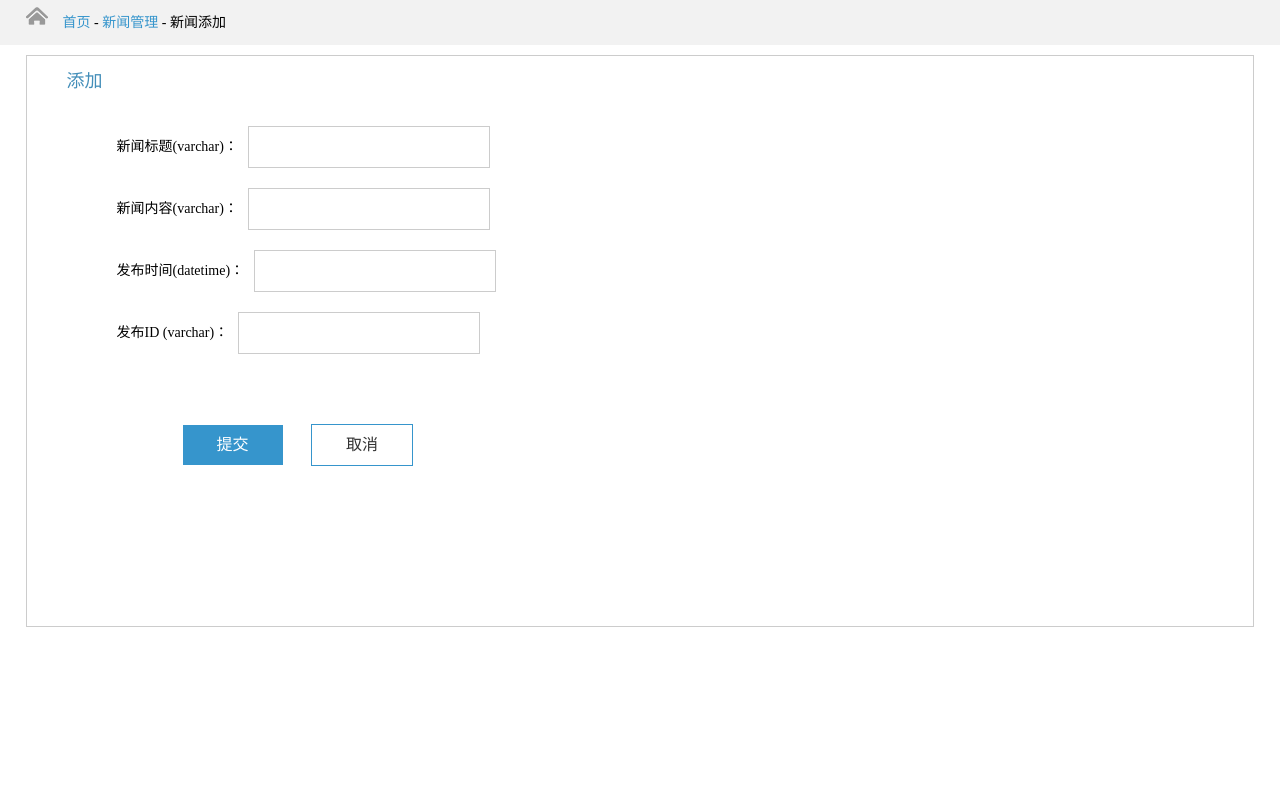
Repository: liaojingrui01/CarRepair
Page: http://localhost/CarWebPro/backstage/newsadd.jsp
These files come from the project's save history. The page is drawn as it stood at one moment and after the next save; the edit follows.
The browser window is 1280 px wide. The pictures show the whole page.
The page is served by Tomcat 9. Other server files are loaded and not shown.

Above is the page before, as saved 2019-07-04 01:54:41.

### CarWebPro/WebContent/backstage/newsadd.jsp
<%@ page language="java" contentType="text/html; charset=utf-8"
    pageEncoding="utf-8"%>
<!DOCTYPE html PUBLIC "-//W3C//DTD XHTML 1.0 Transitional//EN" "http://www.w3.org/TR/xhtml1/DTD/xhtml1-transitional.dtd">
<html xmlns="http://www.w3.org/1999/xhtml">
<head>
<meta http-equiv="Content-Type" content="text/html; charset=utf-8" />
<title>配件添加</title>
<link rel="stylesheet" type="text/css" href="./css/css.css" />
<script type="text/javascript" src="./js/jquery.min.js"></script>
</head>
<body>
	<div id="pageAll">
		<div class="pageTop">
			<div class="page">
				<img src="/CarWebPro/backstage/img/coin02.png" /><span><a href="/CarWebPro/backstage/index.jsp" target="index">首页</a>&nbsp;-&nbsp;<a
					href="/CarWebPro/backstage/index.jsp" target="index">新闻管理</a>&nbsp;-</span>&nbsp;新闻添加
			</div>
		</div>
		<div class="page ">
			<!-- 上传广告页面样式 -->
			<div class="banneradd bor">
				<div class="baTopNo">
					<span>添加</span>
				</div>
				<div class="baBody">
      <form action="${pageContext.request.contextPath }/NewsUrl?op=newsAdd" method="post" enctype="multipart/form-data">
					<div class="bbD">
						新闻标题(varchar)：<input type="text" class="input3" name="tiltle" />
					</div>
					<div class="bbD">
						新闻内容(varchar)：<input type="text" class="input3" name="countent" />
					</div>
					<div class="bbD">
						发布时间(datetime)：<input type="text" class="input3" name="releaseTime" />
					</div>
					<div class="bbD">
						发布ID (varchar)：<input type="text" class="input3" name="staffId" />
					</div>
					<div class="bbD">
						<p class="bbDP">
							<button class="btn_ok btn_yes" type="submit">提交</button>
							<a class="btn_ok btn_no" href="${pageContext.request.contextPath }/NewsUrl?op=queryNewsInfo" target="main">取消</a>

						</p>
					</div>
				</form>
				</div>
			</div>

			<!-- 上传广告页面样式end -->
		</div>
	</div>
</body>
</html>

### CarWebPro/WebContent/backstage/css/css.css
@charset "utf-8";

* {
	padding: 0;
	margin: 0;
	font-family: "Microsoft YaHei";
	font-size: 14px;
}
#hides{display: none;}
a {
	text-decoration: none;
}

li {
	list-style-type: none;
}

/*全局定义css*/
#pageAll {
	width: 100%;
	overflow: hidden;
}

#pageAll .page {
	width: 96%;
	margin: 0px auto;
}

.pageTop {
	width: 100%;
	height: 45px;
	line-height: 45px;
	background-color: #f2f2f2;
}

.pageTop span {
	margin-left: 15px;
}

.pageTop a {
	color: #3695cc;
}

/*表格和 分页公共CSS*/
table {
	border-collapse: collapse;
}

tr {

}

td {
	text-align: center;
	border: 1px solid #dcdbdb;
}

.tdColor {
	height: 40px;
	background-color: #f2f2f2;
	color: #438eb9;
}

.tdC {
	color: #333;
}

.paging {
	width: 100%;
	margin-top: 50px;
	margin-bottom: 90px;
	text-align: right;
}
/*表格和 分页公共CSS end*/

/*广告页面CSS*/
.banner {

}

.banner .add {
	width: 100%;
	height: 120px;
}

.addA {
	display: inline-block;
	width: 160px;
	height: 35px;
	background-color: #47a4e1;
	line-height: 35px;
	text-align: center;
	color: #fff;
	margin-top: 40px;
	margin-left: 40px;
	font-size: 16px;
}
.hbHides1{display: none;}
.banner .banShow {

}

.banner .banShow .bsImg {
	margin-top: 15px;
	margin-bottom: 15px;
	width: 185px;
	height: 90px;
	overflow: hidden;
	margin-left: 66px;
}

.banner .banShow .bsImg img {
	max-width: 100%;
	max-height: 100%;
}

.banner .banShow .bsA {
	color: #333;
}

.operation {
	margin-left: 5px;
	margin-right: 5px;
	cursor: pointer;
}

.banDel {
	width: 100%;
	height: 100%;
	background-color: rgba(0, 0, 0, 0.29);
	position: fixed;
	top: 0px;
	display: none;
}

.cutMoney {
	width: 100%;
	height: 100%;
	background-color: rgba(0, 0, 0, 0.29);
	position: fixed;
	top: 0px;
	display: none;
}

.delete {
	width: 460px;
	margin: auto;
	background-color: #fff;
	text-align: center;
	position: relative;
	top: 20%;
}

.delete .close {
	height: 30px;
	text-align: right;
}

.delete .close img {
	margin-right: 5px;
	margin-top: 5px;
	cursor: pointer;
}

.banDel .delete .delP1 {
	margin-top: 40px;
	font-size: 20px;
}

.banDel .delete .delP2 {

}

.banDel .delete .delP2 .ok {
	display: inline-block;
	width: 100px;
	height: 40px;
	line-height: 40px;
	background-color: #3695cc;
	color: #fff;
	margin-top: 65px;
	margin-left: 25px;
	margin-right: 25px;
	font-size: 16px;
	cursor: pointer;
	margin-bottom: 65px;
}

.banDel .delete .delP2 .yes {
	color: #333;
	background-color: #fff;
	border: 1px solid #3695cc;
}

.banDel .delete .delP2 .no {

}
/*广告页面CSS end*/

/*广告上传编辑页面CSS*/
.bor {
	border: 1px solid #ccc;
}

.banneradd {
	margin-bottom: 160px;
	margin-top: 10px;
}

.baTopNo {
	width: 100%;
	border: none;
}

.baTopNo span {
	height: 50px;
	line-height: 50px;
	margin-left: 40px;
	font-size: 18px;
	color: #438eb9;
}

.baTop {
	width: 100%;
	border-bottom: 1px solid #ccc;
}

.baTop span {
	height: 50px;
	line-height: 50px;
	margin-left: 40px;
	font-size: 18px;
	color: #438eb9;
}

.baBody {
	margin-top: 20px;
	margin-left: 90px;
}

.bbD {
	margin-top: 20px;
}

.bbD .bbDP {

}

.bbD .bbDP .btn_ok {
	display: inline-block;
	width: 100px;
	height: 40px;
	line-height: 40px;
	background-color: #3695cc;
	color: #fff;
	margin-top: 50px;
	margin-right: 25px;
	font-size: 16px;
	cursor: pointer;
	text-align: center;
	margin-bottom: 160px;
	border: none;
}

.bbD .bbDP .btn_no {
	color: #333;
	background-color: #fff;
	border: 1px solid #3695cc;
}

.bbD .bbDP .btn_yes {
	margin-left: 66px;
}

.bbD .bbDd {
	width: 280px;
	height: 210px;
}
.bbD .selCss{
	width: 300px;
    height: 40px;
    border: 1px solid #ccc;
    text-indent: 15px;
}

.bbD .input1 {
	width: 300px;
	height: 40px;
	border: 1px solid #ccc;
	text-indent: 15px;
}

.bbD .input2 {
	width: 100px;
	height: 40px;
	border: 1px solid #ccc;
}

.bbD .input3 {
	width: 240px;
	height: 40px;
	border: 1px solid #ccc;
	text-indent: 15px;
	margin-left: 10px;
}
.bbD .UPimgD{width: 155px;height: 175px;position: relative;left: 83px;top: -20px;}
.bbD .UPimgD img.img{width: 100%;}
.bbD .UPimgD .FileD{width: 155px;height: 175px;overflow: hidden;position: absolute;top: 0px;}
.bbD .UPimgD .FileD .addFile{width: 100%;height: 100%;opacity: 0;filter: Alpha(Opacity=0);}
.bbD .bbDImg {
	width: 160px;
	height: 180px;
	background-color: #c6c6c6;
	text-align: center;
	line-height: 180px;
	font-size: 55px;
	color: #fff;
	margin-left: 72px;
	margin-top: -16px;
}

.bbD .bbDImg .Img1 {
	width: 160px;
	height: 180px;
	margin-top: -180px;
}

.bbD .file {
	width: 160px;
	height: 180px;
	position: relative;
	top: -180px;
	left: 45px;
	opacity: 0;
	filter: alpha(opacity = 0);
}

.bbD .bbDDel {
	float: right;
	margin-top: -20px;
	color: #ff0000;
}

.bbD label {
	margin-left: 15px;
	margin-right: 15px;
}

/*广告上传编辑页面CSS*/

/*意见管理页面CSS*/
.opinion {

}

.opinion .opShow {
	margin-top: 40px;
	margin-bottom: 95px;
}
/*意见管理页面CSS end*/

/*行家管理页面CSS*/
.connoisseur {

}

.conShow {
	margin-top: 30px;
}

.onsImg {
	width: 75px;
	height: 75px;
	margin-top: 25px;
	margin-left: 46px;
	overflow: hidden;
	margin-bottom: 25px;
}

.onsImg img {
	max-width: 100%;
	max-height: 100%;
}

.cfD {
	margin-top: 15px;
}

.cfD select {
	width: 200px;
	height: 30px;
	border: 1px solid #ccc;
	margin-left: 15px;
	margin-right: 45px;
	color: #999;
	text-indent: 15px;
}

.cfD .bselect {
	width: 140px;
}

.cfD label {
	margin-left: 20px;
}

.cfD .lar {
	margin-right: 45px;
}

.cfD .addUser {
	width: 220px;
	height: 30px;
	border: 1px solid #ccc;
	text-indent: 15px;
}

.cfD .button {
	margin-left: 10px;
	width: 135px;
	height: 30px;
	border: none;
	font-size: 16px;
	color: #fff;
	background-color: #47a4e1;
}

.cfD .addA1 {
	margin-top: 10px;
	margin-left: 120px;
}
/*行家管理页面CSS end*/

/*会员管理页面CSS*/
.vip {

}

.cfD .vpr {
	margin-right: 45px;
}

.cfD .vinput {
	width: 150px;
	height: 30px;
	border: 1px solid #ccc;
	text-indent: 15px;
}

.cfD .addA2 {
	margin-left: 30px;
}

.onsImgv {
	margin-left: 90px;
	margin-top: 25px;
}

.vip .vipinput {
	width: 55px;
	height: 25px;
	border: 1px solid #ccc;
	margin: 0px 10px;
}

.vip .vsAdd {
	display: inline-block;
	width: 50px;
	height: 25px;
	background-color: #2a9cdd;
	line-height: 25px;
	color: #fff;
	cursor: pointer;
	text-align: center;
}

.vip .vsAdd2 {
	background-color: white;
	color: #2a9cdd;
	border: 1px solid #2a9cdd;
	height: 23px;
	line-height: 23px;
	margin-left: 10px;
}

.bbD .vipHead {
	width: 75px;
	height: 75px;
	overflow: hidden;
	margin-top: -15px;
	margin-left: 82px;
}

.bbD .vipHead img {
	max-width: 100%;
	max-height: 100%;
}

.bbD .vipHead .vipP {
	position: relative;
	top: -17px;
	width: 100%;
	height: 15px;
	background-color: rgba(0, 0, 0, 0.25);
	color: #fff;
	text-align: center;
}

.bbD .vipHead .file1 {
	position: relative;
	top: -32px;
	width: 100%;
	height: 15px;
	background-color: rgba(0, 0, 0, 0.25);
	color: #fff;
	text-align: center;
	opacity: 0;
	filter: alpha(opacity = 0);
}

.bbD .vipHead1 {
	width: 75px;
	height: 75px;
	overflow: hidden;
	margin-top: -15px;
	margin-left: 105px;
}
.bbD .ptH{height: 40px;}

.bbD .btext2 {
	margin-top: -15px;
	margin-left: 105px;
}

.bbD .text2 {
	max-width: 670px;
	min-width: 670px;
	max-height: 120px;
	min-height: 120px;
	color: #333;
	text-indent: 15px;
}

.bbD .btext {
	margin-top: -15px;
	margin-left: 82px;
}
.bbD .text5{width: 540px;height: 110px;}

.bbD .bsp2{
    position: relative;
    top: -90px;
}
.bbD .bewm{
	width: 240px;
    height: 240px;
    border: 3px solid #807e7e;
    position: relative;
    top: -10px;
    left: 85px;
}

.bbD .bewm img{
	max-width: 100%;
}

.bbD .btext .text1 {
	max-width: 670px;
	min-width: 670px;
	max-height: 240px;
	min-height: 240px;
	color: #333;
	text-indent: 15px;
}

/*会员管理页面CSS end*/
.cfD .timeInput {
	width: 170px;
	height: 30px;
	border: 1px solid #ccc;
	text-indent: 15px;
}

/*话题管理页面CSS*/
.topic {

}

.topicP {
	margin-top: -5px;
	margin-bottom: 15px;
}

.topic .topicP .topicImg {
	margin-left: 10px;
}
/*话题管理页面CSS end*/

/*心愿管理页面 、约见管理页面CSS*/
.wishShow {
	margin-top: 30px;
}

.wishShow .wishImgv {
	margin-left: 60px;
}

.onsInmA {
	margin-left: 100px;
}

.tpapA {
	color: #333;
}

#inputSTWish {
	width: 100px;
}
/*心愿管理页面CSS、、约见管理页面CSS end*/
.cfD .userinput {
	width: 220px;
	height: 40px;
	border: 1px solid #ccc;
	text-indent: 15px;
	color: #999;
}

.cfD .userbtn {
	margin-left: 60px;
	width: 135px;
	height: 40px;
	border: none;
	font-size: 16px;
	color: #fff;
	background-color: #47a4e1;
}

/*修改密码*/
.bacen {
	margin: auto;
	width: 400px;
	margin-top: 60px;
}

.imga {
	display: none;
}

.imgb {
	display: none;
}

/*新增加弹出框样式    增加金额和减少金额   hy*/
/*.addMoney{}
.addMoney .addDivs{}
.addMoney .addDivs .addDimg{}
.addMoney .addDivs .addDimg{}*/
.addDivs .addDimg img.user {
	width: 100px;
	margin-top: 50px;
}

.addDivs .addDName {
	font-size: 16px;
	margin-top: 15px;
	color: #333;
}

.addDivs .addDps {
	margin-top: 20px;
	color: #666;
}

.addDivs .addDps input {
	height: 30px;
	border: 1px solid #ccc;
	text-indent: 10px;
}

.addDivs .addDps .come1 {
	width: 155px;
	height: 30px;
	margin-left: -5px;
	border: 1px solid #ccc;
	text-indent: 10px;
	color: #666;
}

.addDivs .addDps .come2 {
	width: 155px;
	height: 30px;
	margin-left: -5px;
	border: 1px solid #ccc;
	text-indent: 10px;
	color: #666;
}

.addDivs .addDps .area {
	border: 1px solid #ccc;
	text-indent: 10px;
	margin-left: 4px;
	width: 155px;
	min-width: 155px;
	max-width: 155px;
	height: 60px;
	min-height: 60px;
	max-height: 60px;
}

.addDivs .addDps .spanVIPs {
	position: relative;
	top: -44px;
	left: 5px;
}

.banDel .delete .delP2 .moneyAdd1 {
	background-color: #3695cc;
	color: white;
}

.banDel .delete .delP2 .moneyAdd2 {
	background-color: white;
	color: #3695cc;
	border: 1px solid #3695cc;
	height: 38px;
	line-height: 40px;
}

/*新样式修复***添加话题*/
.addHTs {
	display: inline-block;
	width: 40px;
	height: 18px;
	line-height: 18px;
	background-color: #47a4e1;
	color: white;
	padding: 4px;
	position: relative;
	top: -5px;
}


/*11.25   新地址选择页面CSS   公共样式   hy*/
.ctAlert{display: none;width: 100%;height: 100%;position: fixed;top: 0px;background-color: rgba(0, 0, 0, 0.4);}
.citys{width: 90%;margin: 0px auto;background-color: white;  margin-top: 50px;padding-bottom: 20px;}
.citys .getCtys{min-height: 50px;padding-top: 50px;padding-left: 40px;float: left;font-size: 16px;  color: #666;  width: 80%;}
.citys .closeCys{min-height: 50px;float: right;width: 120px;height: 40px;background-color: #3695cc;line-height: 50px;text-align: center;position:relative;top: 50px;right: 100px;color: white;font-size: 16px;cursor: pointer;}
.citys .cityDiv{clear: both;width: 90%;margin: 0px auto;  margin-bottom: 30px;}
.citys .cityDiv .cts{display: inline-block;width: 20px;height: 20px;font-size: 18px;color: #3695cc;}
.citys .cityDiv .ctn{display: inline-block;font-size: 16px;padding-left: 5px;padding-right: 5px;padding-bottom: 3px;cursor: pointer;color: #666;}
.citys .cityDiv .ctn:hover{color: white;background-color:#3695cc;}
/*添加进来的DIV*/
.citys .getCtys .ctn{display: inline-block;padding-left: 5px;padding-right: 5px;color: #3695cc;font-size: 16px;cursor: pointer;}
/*11.25   新地址选择页面CSS   公共样式   hy    end  */

Loaded but not shown: CarWebPro/WebContent/backstage/js/jquery.min.js (library)

After the next save:
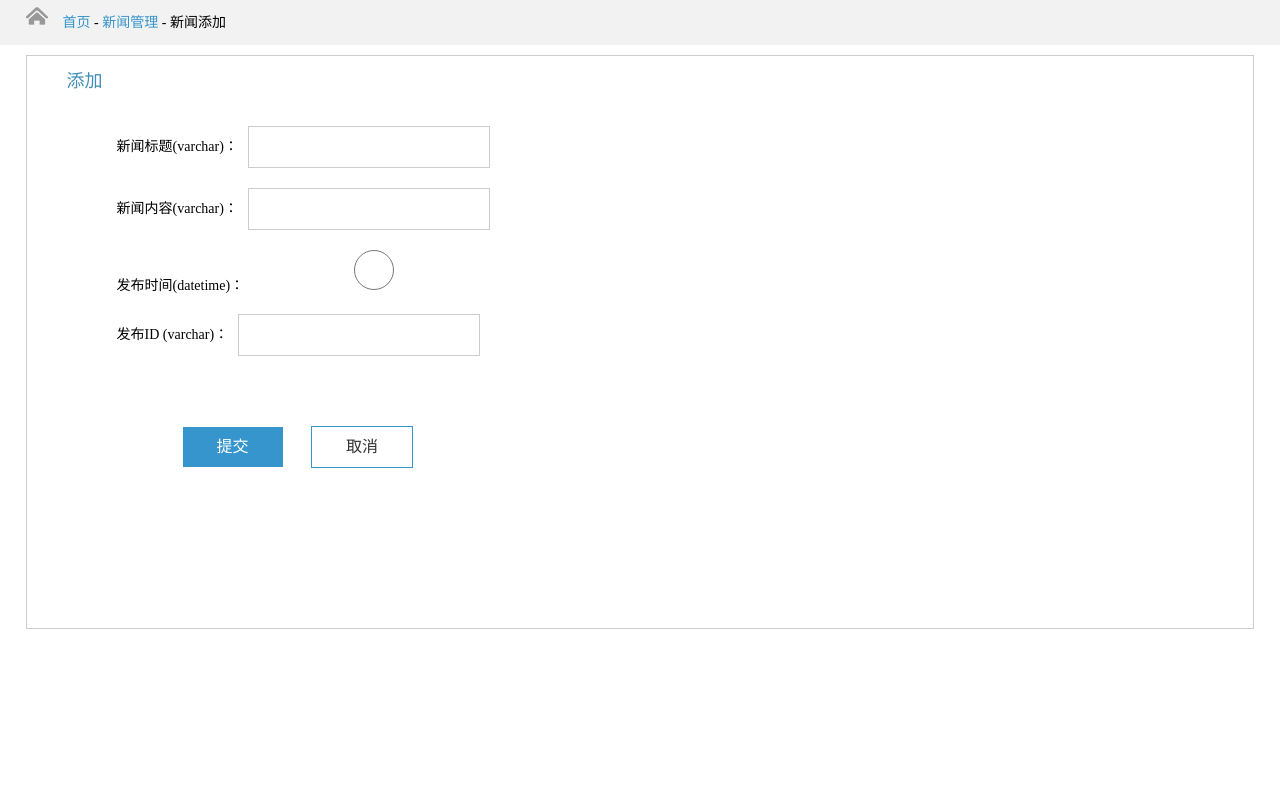
Saved 3 min 20 s later.
--- a/CarWebPro/WebContent/backstage/newsadd.jsp
+++ b/CarWebPro/WebContent/backstage/newsadd.jsp
@@ -31,7 +31,7 @@
 						新闻内容(varchar)：<input type="text" class="input3" name="countent" />
 					</div>
 					<div class="bbD">
-						发布时间(datetime)：<input type="text" class="input3" name="releaseTime" />
+						发布时间(datetime)：<input type="radio" class="input3" name="releaseTime" />
 					</div>
 					<div class="bbD">
 						发布ID (varchar)：<input type="text" class="input3" name="staffId" />

After the save that followed:
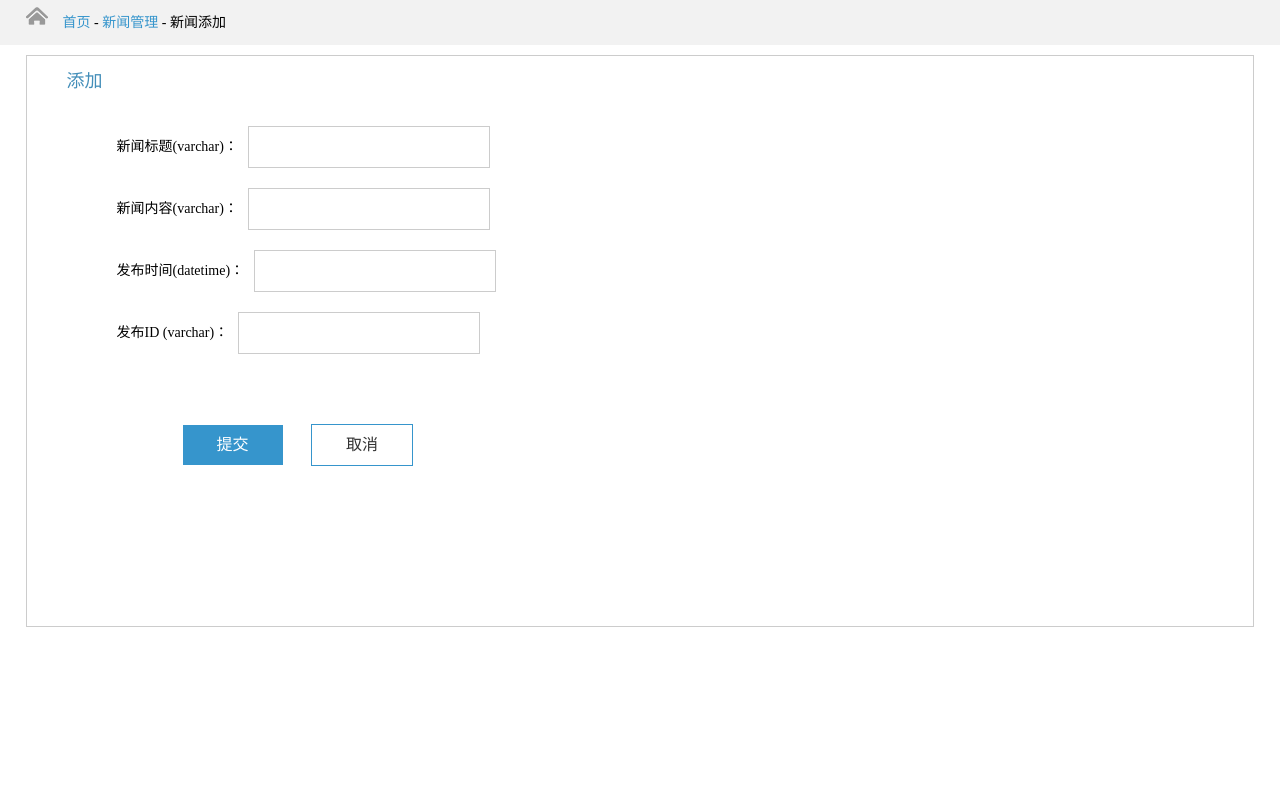
Saved 18 s later.
--- a/CarWebPro/WebContent/backstage/newsadd.jsp
+++ b/CarWebPro/WebContent/backstage/newsadd.jsp
@@ -31,7 +31,7 @@
 						新闻内容(varchar)：<input type="text" class="input3" name="countent" />
 					</div>
 					<div class="bbD">
-						发布时间(datetime)：<input type="radio" class="input3" name="releaseTime" />
+						发布时间(datetime)：<input type="text" class="input3" name="releaseTime" />
 					</div>
 					<div class="bbD">
 						发布ID (varchar)：<input type="text" class="input3" name="staffId" />
